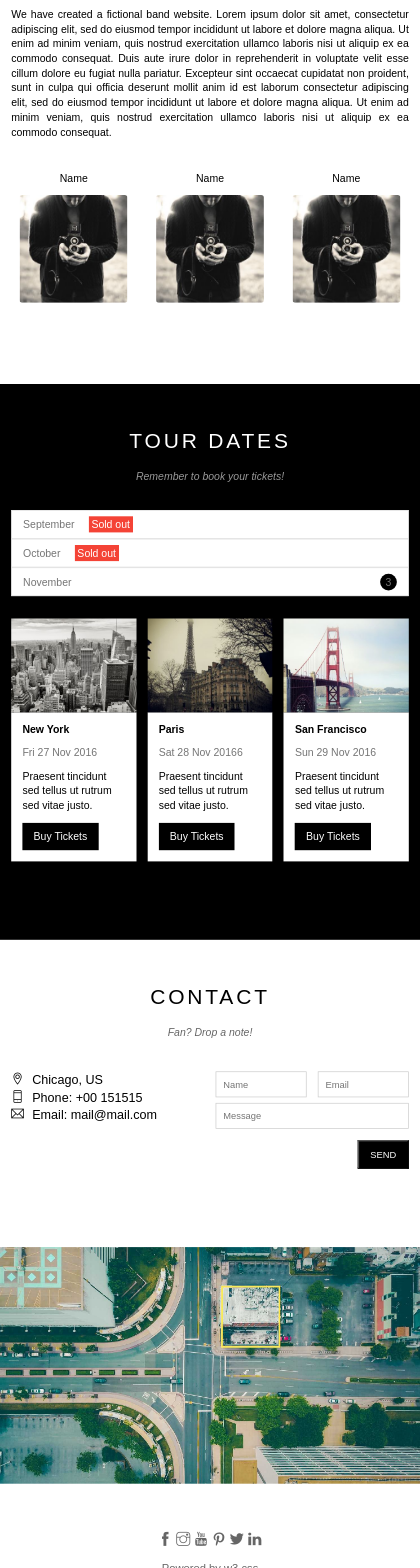
Repository: BrandonTuan777/The_Band
Page: index.html
An editor plug-in stored every save of this project. The page is shown before and after a run of saves, followed by the edit.
The browser window is 600 px wide. The pictures show the part of the page from y = 502 to 2742 px (the page is 2815 px tall before and 2845 px after), at 70% of full size.

Above is the page before, as saved 2022-04-12 21:13:49.
Console error: ReferenceError: member is not defined

### index.html
<!DOCTYPE html>
<html lang="en">
  <head>
    <meta charset="UTF-8" />
    <meta http-equiv="X-UA-Compatible" content="IE=edge" />
    <meta name="viewport" content="width=device-width, initial-scale=1.0" />
    <title>The Band</title>
    <link
      rel="shortcut icon"
      type="image/jpg"
      href="./assets/img/favicon/01d1b4547ce03c3ec499c827caac4a72.jpg"
    />
    <link rel="stylesheet" href="./assets/css/styles.css" />
    <link rel="stylesheet" href="./assets/css/responsive.css" />

    <link
      rel="stylesheet"
      href="./assets//fonts/themify-icons/themify-icons.css"
    />
  </head>
  <body>
    <div id="main">
      <div id="header">
        <!-- Begin:Nav -->
        <ul id="nav">
          <li><a href="#">Home</a></li>
          <li><a href="#band">Band</a></li>
          <li><a href="#tour">Tour</a></li>
          <li><a href="#contact">Contact</a></li>
          <li>
            <a href="#">
              More
              <i class="nav-arrow-down ti-angle-down"></i>
            </a>
            <ul class="subnav">
              <li><a href="#">Merchandise</a></li>
              <li><a href="#">Extras</a></li>
              <li><a href="#">Media</a></li>
            </ul>
          </li>
        </ul>
        <!-- End:Nav -->

        <!-- Begin:Search button -->
        <div class="search-btn">
          <i class="search-icon ti-search"></i>
        </div>

        <div id="mobile-menu" class="mobile-menu-btn">
          <i class="menu-icon ti-menu"></i>
        </div>
        <!-- End:Search button -->
      </div>

      <div id="slider">
        <div class="text-content">
          <h2 class="text-heading">New York</h2>
          <div class="text-description">
            The atmosphere in New York is lorem ipsum.
          </div>
        </div>
      </div>

      <div id="content">
        <!--About section  -->
        <div id="band" class="content-section">
          <h2 class="section-heading">THE BAND</h2>
          <p class="section-sub-heading">We love music</p>
          <p class="about-text">
            We have created a fictional band website. Lorem ipsum dolor sit
            amet, consectetur adipiscing elit, sed do eiusmod tempor incididunt
            ut labore et dolore magna aliqua. Ut enim ad minim veniam, quis
            nostrud exercitation ullamco laboris nisi ut aliquip ex ea commodo
            consequat. Duis aute irure dolor in reprehenderit in voluptate velit
            esse cillum dolore eu fugiat nulla pariatur. Excepteur sint occaecat
            cupidatat non proident, sunt in culpa qui officia deserunt mollit
            anim id est laborum consectetur adipiscing elit, sed do eiusmod
            tempor incididunt ut labore et dolore magna aliqua. Ut enim ad minim
            veniam, quis nostrud exercitation ullamco laboris nisi ut aliquip ex
            ea commodo consequat.
          </p>
          <div class="row member-list">
            <div class=" member-item text-center col col-third">
              <p class="member-name">Name</p>
              <img
                class="member-img"
                src="./assets/img/team/member1.jpg"
                alt=""
              />
            </div>
            <div class=" member-item text-center col col-third">
              <p class="member-name">Name</p>
              <img
                class="member-img"
                src="./assets/img/team/member1.jpg"
                alt=""
              />
            </div>
            <div class=" member-item text-center col col-third">
              <p class="member-name">Name</p>
              <img
                class="member-img"
                src="./assets/img/team/member1.jpg"
                alt=""
              />
            </div>
          </div>
        </div>
        <!-- Tour section -->
        <div id="tour" class="tour-section">
          <div class="content-section">
            <h2 class="section-heading text-white">TOUR DATES</h2>
            <p class="section-sub-heading text-white">
              Remember to book your tickets!
            </p>
            <!-- Tickets -->
            <ul class="ticket-list">
              <li>September <span class="sold-out">Sold out</span></li>
              <li>October <span class="sold-out">Sold out</span></li>
              <li>November <span class="quantity">3</span></li>
            </ul>

            <!-- Places -->
            <div class="row places-list">
              <div class="col col-third">
                <img
                  src="./assets/img/places/places1.jpg"
                  alt=""
                  class="place-img"
                />
                <div class="place-body">
                  <h3 class="place-heading">New York</h3>
                  <p class="place-time">Fri 27 Nov 2016</p>
                  <p class="place-description">
                    Praesent tincidunt sed tellus ut rutrum sed vitae justo.
                  </p>
                  <a href="#" class="btn">Buy Tickets</a>
                </div>
              </div>
              <div class="col col-third">
                <img
                  src="./assets/img/places/places2.jpg"
                  alt=""
                  class="place-img"
                />
                <div class="place-body">
                  <h3 class="place-heading">Paris</h3>
                  <p class="place-time">Sat 28 Nov 20166</p>
                  <p class="place-description">
                    Praesent tincidunt sed tellus ut rutrum sed vitae justo.
                  </p>
                  <a href="#" class="btn">Buy Tickets</a>
                </div>
              </div>
              <div class="col col-third">
                <img
                  src="./assets/img/places/places3.jpg"
                  alt=""
                  class="place-img"
                />
                <div class="place-body">
                  <h3 class="place-heading">San Francisco</h3>
                  <p class="place-time">Sun 29 Nov 2016</p>
                  <p class="place-description">
                    Praesent tincidunt sed tellus ut rutrum sed vitae justo.
                  </p>
                  <a href="#" class="btn">Buy Tickets</a>
                </div>
              </div>
            </div>
          </div>
        </div>
        <!--Begin: Contact section -->
        <div id="contact" class="content-section">
          <h2 class="section-heading">CONTACT</h2>
          <p class="section-sub-heading">Fan? Drop a note!</p>
          <div class="row contact-content">
            <div class="col col-half contact-info">
              <p><i class="ti-location-pin"></i>Chicago, US</p>
              <p><i class="ti-mobile"></i>Phone: +00 151515</p>
              <p><i class="ti-email"></i>Email: mail@mail.com</p>
            </div>
            <div class="col col-half contact-form">
              <form action="">
                <div class="row">
                  <div class="col col-half">
                    <input
                      type="text"
                      name=""
                      id=""
                      required
                      placeholder="Name"
                      class="form-control"
                    />
                  </div>
                  <div class="col col-half">
                    <input
                      type="email"
                      name=""
                      id=""
                      required
                      placeholder="Email"
                      class="form-control"
                    />
                  </div>
                </div>
                <div class="row mt-8">
                  <div class="col col-full">
                    <input
                      type="text"
                      name=""
                      id=""
                      required
                      placeholder="Message"
                      class="form-control"
                    />
                  </div>
                </div>
                <input
                  class="pull-rigth btn mt-16"
                  type="submit"
                  value="SEND"
                />
              </form>
            </div>
          </div>
        </div>
        <!--End: Contact section -->
        <div class="map-section">
          <img src="./assets/img/map/map.jpg" alt="" />
        </div>
      </div>
      <!-- Footer -->
      <div id="footer">
        <div class="social">
          <a href=""><i class="ti-facebook"></i></a>
          <a href=""><i class="ti-instagram"></i></a>
          <a href=""><i class="ti-youtube"></i></a>
          <a href=""><i class="ti-pinterest"></i></a>
          <a href=""><i class="ti-twitter-alt"></i></a>
          <a href=""><i class="ti-linkedin"></i></a>
        </div>
        <p class="copy-right">
          Powered by
          <a href="https://www.w3schools.com/w3css/default.asp" target="_blank"
            >w3.css</a
          >
        </p>
      </div>
    </div>
    <script>
      var header = document.getElementById("header");
      var mobileMenu = document.getElementById("mobile-menu");
      var headerHeight = header.clientHeight;

      // Đóng mở mobile menu
      mobileMenu.onclick = () => {
        var isClosed = header.clientHeight === headerHeight;
        if (isClosed) {
          header.style.height = "auto";
        } else {
          header.style.height = null;
        }
      };
      //Tự động đóng
      var menuItems = document.querySelectorAll('#nav li a[href*="#"]');
      console.log(menuItems);

      for (var i = 0; i < menuItems.length; i++) {
        var menuItem = menuItems[i];

        console.log(menuItem);
        menuItem.onclick = function () {
          var isParentMenu =  this.nextElementSibling &&  this.nextElementSibling.classList.contains("subnav");
          if (isParentMenu) {
            event.preventDefault();
          } else {
            header.style.height = null;
          }
        };
      } member-item
    </script>
  </body>
</html>

### assets/css/styles.css
/* Reset CSS */
* {
  padding: 0;
  margin: 0;
  box-sizing: border-box;
}

html {
  font-family: Arial, Helvetica, sans-serif;
  scroll-behavior: smooth;
}

/* Common */
.clear {
  clear: both;
}

.text-white {
  color: #fff !important;
}

.row {
  margin-left: -8px;
  margin-right: -8px;
}

.row::after {
  content: "";
  display: block;
  clear: both;
}

.col-half {
  width: 50%;
}

.col-full {
  width: 100%;
}

.col {
  float: left;
  padding-left: 8px;
  padding-right: 8px;
}

.col-third {
  width: 33.333%;
}

.text-center {
  text-align: center !important;
}

.mt-8 {
  margin-top: 8px !important;
}

.mt-16 {
  margin-top: 16px !important;
}

.btn {
  color: #fff;
  background-color: #000;
  text-decoration: none;
  padding: 11px 16px;
  display: inline-block;
  margin-top: 15px;
}

.btn:hover {
  color: #000;
  background-color: #757575;
  border: none;
}

.pull-rigth {
  float: right !important;
}

/* Main */
#main {
}

#header {
  position: fixed;
  top: 0;
  left: 0;
  right: 0;
  height: 46px;
  background-color: #000;
  z-index: 1;

}

#nav {
  display: inline-block;
}

#nav,
.subnav {
  list-style: none;
}

#nav > li {
  display: inline-block;
}

#nav li {
  position: relative;
}

#nav > li > a {
  color: white;
  text-transform: uppercase;
}

#nav li a {
  text-decoration: none;
  line-height: 46px;
  padding: 0 24px;
  display: block;
}

#nav li:hover .subnav {
  display: block;
}

#nav .subnav li:hover a,
#nav > li:hover > a {
  color: #000;
  background-color: #ccc;
}

#nav .subnav {
  display: none;
  min-width: 160px;
  top: 100%;
  left: 0;
  position: absolute;
  background-color: #fff;
  box-shadow: 0 0 10px rgba(0, 0, 0, 0.3);
}

#nav .subnav a {
  color: #000;
  padding: 0 12px;
  line-height: 38px;
}

#nav .nav-arrow-down {
  font-size: 11px;
}

#header .mobile-menu-btn {
  position: absolute;
  top: 0;
  right: 0;
  display: none;
}

#header .mobile-menu-btn,
#header .search-btn {
  float: right;
  padding: 0 21px;
}

#header .search-btn:hover {
  background-color: red;
  cursor: pointer;
}

#header .mobile-menu-btn:hover {
  background-color: #ccc;
}

#header .mobile-menu-btn:hover .menu-icon {
  color: #000;
}

#header .menu-icon,
#header .search-icon {
  color: #ccc;
  font-size: 20px;
  line-height: 46px;
}

#slider {
  position: relative;
  margin-top: 46px;
  padding-top: 50%;
  background: url("/assets/img/slider/slider1.jpg") top center / cover no-repeat;
}

#slider .text-content {
  position: absolute;
  bottom: 47px;
  color: #fff;
  text-align: center;
  /* transform: translateX(-50%);
  left: 50%; */
  width: 100%;
}

#slider .text-heading {
  font-weight: 500;
  font-size: 25px;
}

#slider .text-description {
  font-size: 15px;
  margin-top: 25px;
}

#content {
}

#content .content-section {
  width: 800px;
  max-width: 100%;
  padding: 64px 0 112px;
  margin-left: auto;
  margin-right: auto;
  padding-left: 16px;
  padding-right: 16px;
}

#content .section-heading {
  font-size: 30px;
  text-align: center;
  font-weight: 500;
  letter-spacing: 4px;
}
#content .section-sub-heading {
  font-size: 15px;
  text-align: center;
  margin-top: 25px;
  font-style: italic;
  opacity: 0.6;
}

#content .about-text {
  margin-top: 25px;
  font-size: 15px;
  text-align: justify;
  line-height: 1.4;
}

#content .member-list {
  margin-top: 48px;
}

#content .member-item {
  text-align: center;
}

#content .member-name {
  font-size: 15px;
}

#content .member-img {
  width: 154px;
  margin-top: 15px;
  border-radius: 4px;
}

/* Tour section */
.tour-section {
  background-color: #000;
}

.ticket-list {
  margin-top: 40px;
  background-color: #fff;
}

.ticket-list li {
  font-size: 15px;
  padding: 11px 16px;
  border: 1px solid #ddd;
  color: #757575;
  list-style: none;
}

.ticket-list .sold-out {
  background-color: #f44336 !important;
  color: #fff;
  padding: 3px 4px;
  margin-left: 16px;
}

.ticket-list .quantity {
  float: right;
  width: 24px;
  height: 24px;
  background-color: #000;
  border-radius: 50%;
  text-align: center;
  line-height: 24px;
  margin-top: -3px;
}

/* Places */

.places-list {
  margin-top: 32px;
}
.place-img {
  width: 100%;
  display: block;
}
.place-img:hover {
  opacity: 0.6;
}
.place-body {
  padding: 16px;
  font-size: 15px;
  background-color: #fff;
}
.place-heading {
  font-size: 15px;
  font-weight: 600;
}
.place-time {
  margin-top: 15px;
  color: #757575;
}
.place-description {
  margin-top: 15px;
  line-height: 1.4;
}

/* Contact form */

.contact-content {
  margin-top: 48px;
}

.contact-info {
  font-size: 18px;
  line-height: 1.4;
}
.contact-info i[class*="ti-"] {
  width: 30px;
  display: inline-block;
}

.contact-form {
  font-size: 15px;
}

.contact-form .form-control {
  border: 1px solid #ccc;
  width: 100%;
  padding: 10px;
}

/* Map section */

.map-section img {
  width: 100%;
}

#footer {
  padding: 64px 16px;
  text-align: center;
}

#footer .social {
  font-size: 20px;
  margin-bottom: 20px;
}

#footer .social a {
  color: rgba(0, 0, 0, 0.6);
  text-decoration: none;
}

#footer .copy-right:hover,
#footer .social a:hover {
  color: rgba(0, 0, 0, 0.4);
}

#footer .copy-right {
  color: rgba(0, 0, 0, 0.6);
}

#footer .copy-right a {
  color: rgba(0, 0, 0, 0.6);
}

### assets/css/responsive.css
/* PC */
@media (min-width: 1024px) {
}
/* Tablet */
@media (min-width: 740px) and (max-width: 1023px) {
}
/* Mobile */

@media (max-width: 740px) {
  #header {
    overflow: hidden;
  }
  #header .mobile-menu-btn {
    display: block;
  }
  #nav li a {
    padding: 1px 24px;
  }

  #header .search-btn {
    display: none;
  }

  #nav {
    display: block;
  }

  #nav > li {
    display: block;
  }
  #nav > li:first-child {
    display: inline-block;
  }
  #nav .subnav {
    position: initial;
    background-color: #333;
  }
  #nav .subnav a {
    color: #fff;
    padding: 5px 41px;
  }

  #content .member-item{

  }
}

Loaded but not shown: assets/fonts/themify-icons/themify-icons.css (common file)

After the next 4 saves:
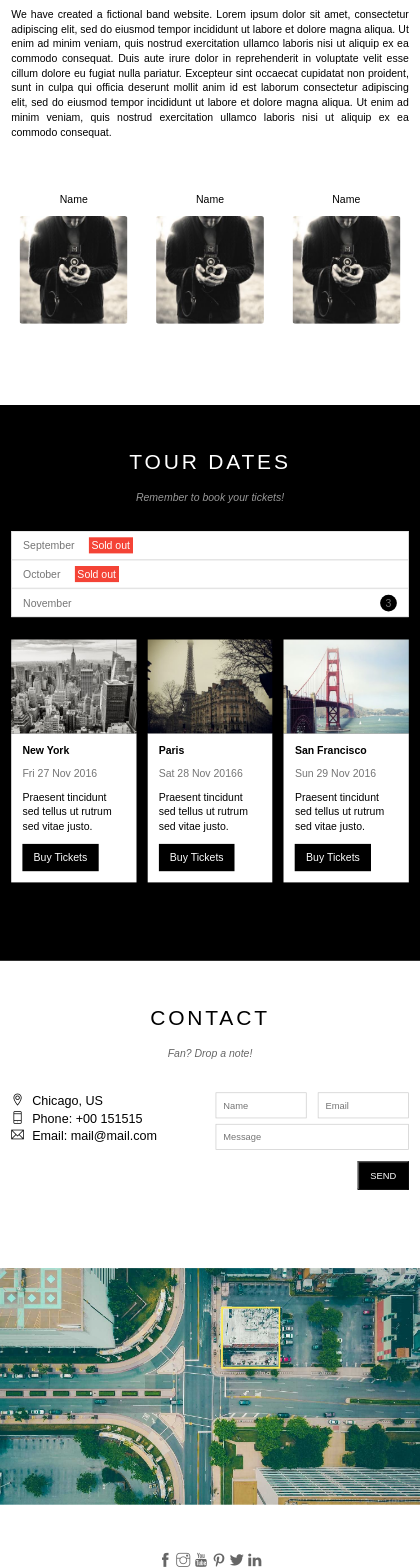
The 4 saves are shown as one change because they came seconds apart.
The last was saved 11 s later.
--- a/assets/css/responsive.css
+++ b/assets/css/responsive.css
@@ -41,6 +41,7 @@
   }
 
   #content .member-item{
+      margin-top: 30px;
 
   }
 }
